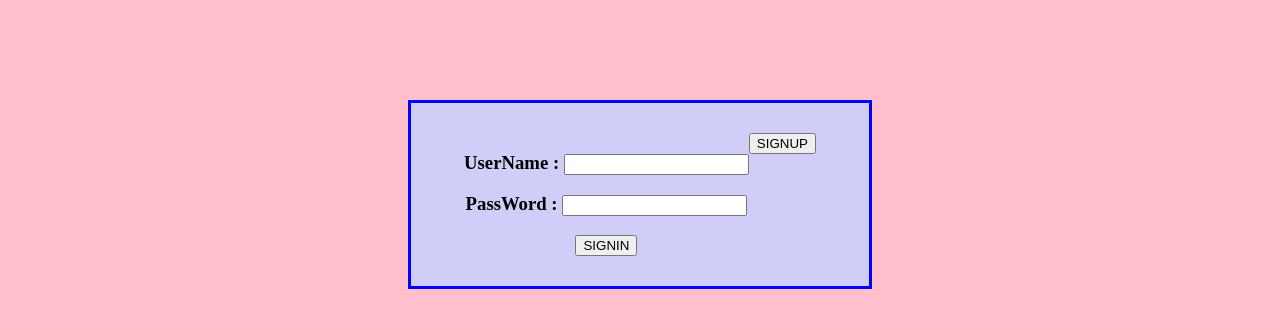
Repository: Vamsigundubogula/E-Commerce-Website
Page: http://localhost/E-commerce-website/login.jsp
An editor plug-in stored every save of this project. The page is shown before and after the next save, followed by the edit.
The browser window is 1280 px wide. The pictures show the whole page.
The page is served by Tomcat 9. Other server files are loaded and not shown.

Above is the page before, as saved 2023-09-11 16:30:48.

### E-commerce-website/WebContent/login.jsp
<%@ page language="java" contentType="text/html; charset=ISO-8859-1"
    pageEncoding="ISO-8859-1"%>
<!DOCTYPE html>
<html>
<head>
<meta charset="ISO-8859-1">
<title>Insert title here</title>
<style>
.content {
  justify-content: center;
  display: flex;
  margin: 100px 400px;
  border: 3px solid blue;
  padding: 30px;
  background-color: rgb(208, 205, 248);
}
</style>
</head>
<body bgcolor="pink">
    <div class="content">
    <form action="login" method="post" align="center">
    <h3>UserName : <input type="text" name="uname"></h3>
    <h3>PassWord : <input type="password" name="pass"></h3>
    <form action="login" align="left"><button type="submit">SIGNIN</button></form>
    <form action="signup.jsp" align="right"><button type="submit">SIGNUP</button></form>



    </form>

    </div>


</body>
</html>

After the next save:
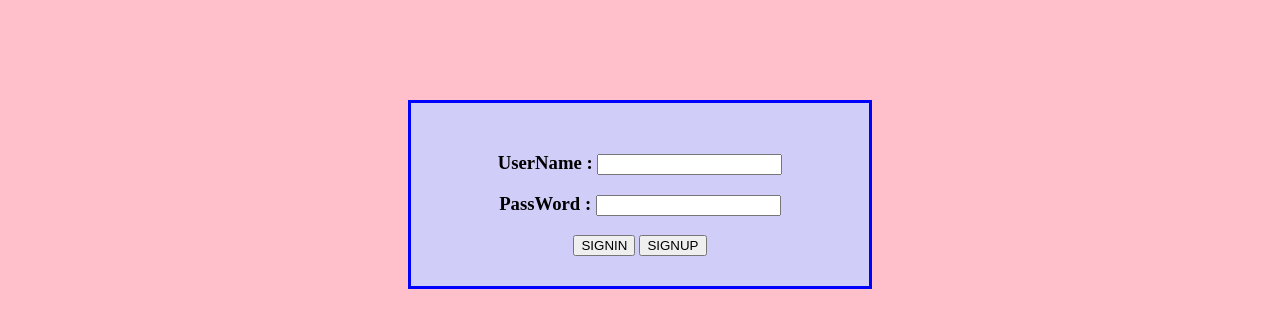
Saved 75 s later.
--- a/E-commerce-website/WebContent/login.jsp
+++ b/E-commerce-website/WebContent/login.jsp
@@ -21,8 +21,10 @@
     <form action="login" method="post" align="center">
     <h3>UserName : <input type="text" name="uname"></h3>
     <h3>PassWord : <input type="password" name="pass"></h3>
-    <form action="login" align="left"><button type="submit">SIGNIN</button></form>
+    <form action="login" align="left"><button type="submit">SIGNIN</button>
     <form action="signup.jsp" align="right"><button type="submit">SIGNUP</button></form>
+    </form>
+
 
 
 

After the 3 saves that followed:
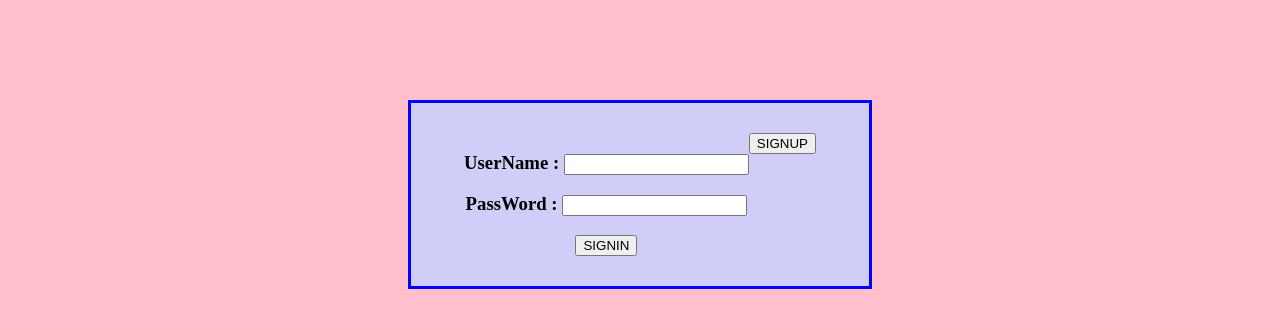
The 3 saves are shown as one change because 2 left the picture as it was.
The last was saved 2 min 22 s later.
--- a/E-commerce-website/WebContent/login.jsp
+++ b/E-commerce-website/WebContent/login.jsp
@@ -21,10 +21,8 @@
     <form action="login" method="post" align="center">
     <h3>UserName : <input type="text" name="uname"></h3>
     <h3>PassWord : <input type="password" name="pass"></h3>
-    <form action="login" align="left"><button type="submit">SIGNIN</button>
+    <form action="login" align="left"><button type="submit">SIGNIN</button></form>
     <form action="signup.jsp" align="right"><button type="submit">SIGNUP</button></form>
-    </form>
-
 
 
 
